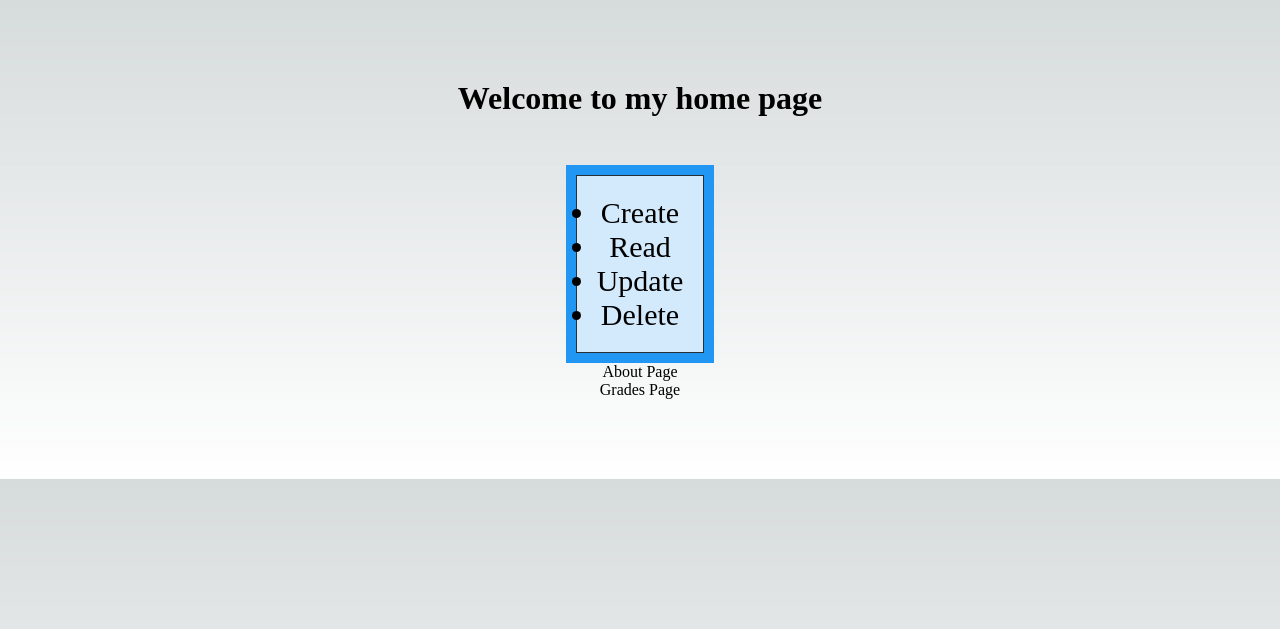
Repository: juliet-jskim/dynamic-week4-inclassplaywright
Page: /
These files come from the project's save history. The page is drawn as it stood at one moment and after the next save; the edit follows.
The browser window is 1280 px wide. The pictures show the whole page.
The project was rebuilt for these pictures with package versions that can differ from the ones it lists, and the page was loaded fresh each time. The framework's server and built-in components were replaced by stand-ins that run in the browser. Also part of the build but not shown: next.config.js.

Above is the page before, as saved 2023-01-23 11:06:56.

After the next save:
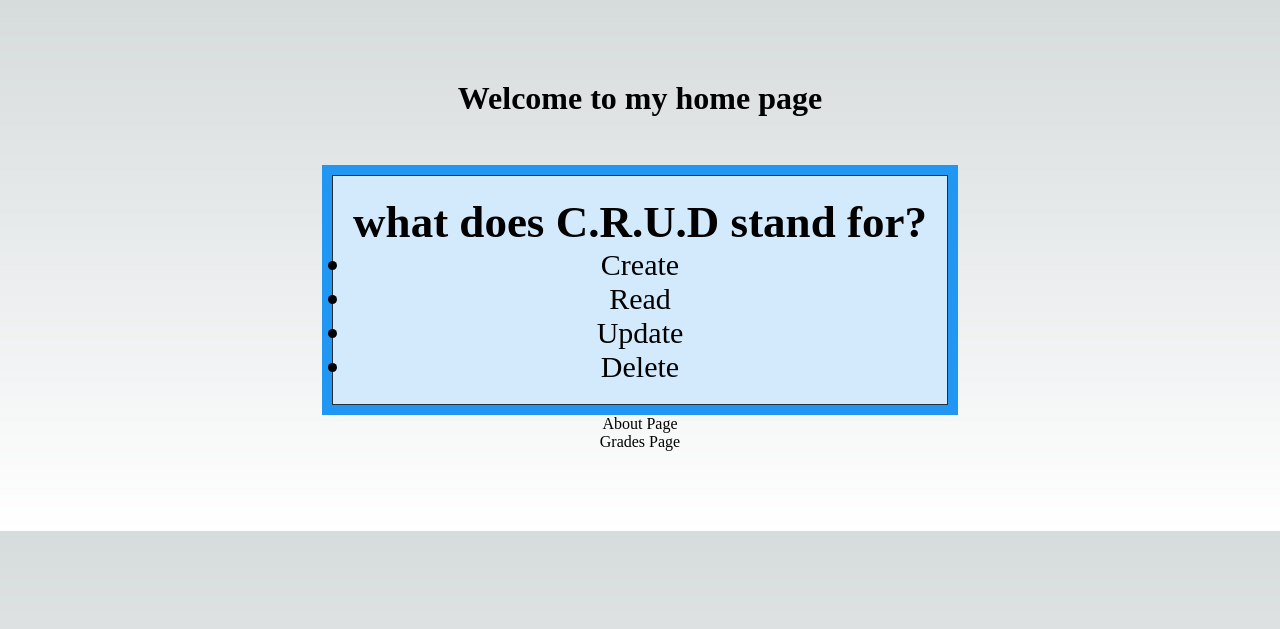
Saved 34 s later.
--- a/pages/index.js
+++ b/pages/index.js
@@ -20,6 +20,7 @@ export default function Home() {
         <div className={styles.grid}>
           <div className={styles.grid__container} style={{display:"grid"}}>
             <div className={styles.grid__item}>
+              <h2>what does C.R.U.D stand for?</h2>
               <ul>
                   <li>Create</li>
                   <li>Read</li>
